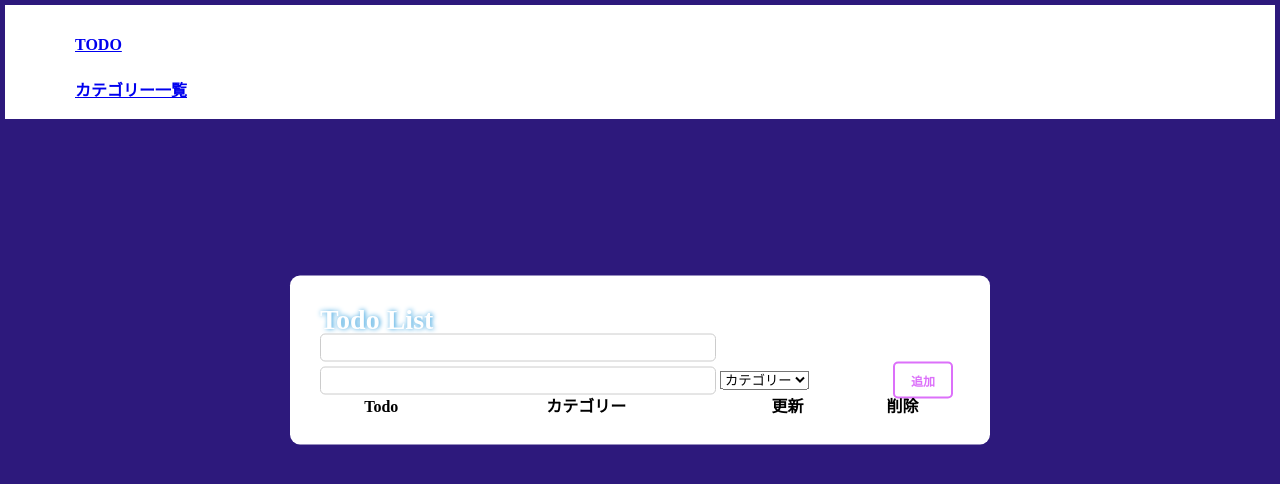
Repository: azuma2/cate
Page: http://localhost/
An editor plug-in stored every save of this project. The page is shown before and after the next save, followed by the edit.
The browser window is 1280 px wide. The pictures show the whole page.
The page is served by the project's Laravel application, run on PHP 8.4 with Laravel 8. Other server files are loaded and not shown. Queries for data that is not in the repository find no rows.

Above is the page before, as saved 2022-05-17 19:24:14.

### routes/web.php
<?php

use Illuminate\Support\Facades\Route;
use App\Http\Controllers\TodoController;
use App\Http\Controllers\CateController;


Route::get('/', [TodoController::class, 'index']);

Route::get('/cate', [CateController::class, 'index']);

Route::post('/todo/create', [TodoController::class, 'create']);
Route::post('/todo/update', [TodoController::class, 'update']);
Route::post('/todo/delete', [TodoController::class, 'remove']);
Route::post('/todo/search', [TodoController::class, 'search']);
Route::post('/cate/create', [CateController::class, 'create']);
Route::post('/cate/update', [CateController::class, 'update']);
Route::post('/cate/delete', [CateController::class, 'remove']);
Route::post('/cate/search', [CateController::class, 'search']);

### app/Http/Controllers/TodoController.php
<?php

namespace App\Http\Controllers;

use App\Models\Todo;
use App\Models\Cate;
use Illuminate\Http\Request;
use Illuminate\Support\Facades\DB;

class TodoController extends Controller
{
    public function index()
    {
        $items = Todo::all();
        $cates = Cate::all();
        return view('index', ['items' => $items, 'cates' => $cates]);
    }


    public function create(Request $request)
    {
        $param = ['content' => $request->content,];
        $this->validate($request, Todo::$rules);

        $param2 = ['content' => $request->content,];
        $this->validate($request, Cate::$rules);


        DB::insert('insert into todos (content) values (:content)', $param);
        DB::insert('insert into cates (content) values (:content)', $param2);
        return redirect('/');
    }

    public function update(Request $request)
    {
         $param = [
            'id' => $request->id,
            'content' => $request->content,

        ];
        $this->validate($request, Todo::$rules);
        DB::update('update todos set content =:content where id =:id', $param);
        return redirect('/');
    }

    public function remove(Request $request)
    {
        $param = ['id' => $request->id];
        DB::delete('delete from todos where id =:id', $param);
        return redirect('/');
    }



}

### app/Models/todo.php
<?php


namespace App\Models;

use Illuminate\Database\Eloquent\Factories\HasFactory;
use Illuminate\Database\Eloquent\Model;
use App\Models\Cate;

class Todo extends Model
{
    use HasFactory;

    protected $fillable = ['cate_id', 'content'];

    public static $rules = array(
        'cate_id' => 'required|text',
        'content' => 'required|max:20',
    );

    public function cate(){
        return $this->belongsTo('App\Models\cate');
    }


}

### app/Models/cate.php
<?php


namespace App\Models;

use Illuminate\Database\Eloquent\Factories\HasFactory;
use Illuminate\Database\Eloquent\Model;
use App\Models\Todo;

class Cate extends Model
{
    use HasFactory;

    protected $fillable = ['content'];

    public static $rules = array(
        'content' => 'required|max:10',
    );

    public function todo(){
        return $this->belongsTo('App\Models\todo');
    }


}

### resources/views/index.blade.php
<!DOCTYPE html>
<html lang="ja">
<head>
    <meta charset="UTF-8">
    <meta http-equiv="X-UA-Compatible" content="IE=edge">
    <meta name="viewport" content="width=device-width, initial-scale=1.0">
    <link rel="stylesheet" href="{{ asset('/reset.css') }}" >
    <title>@yield('title')</title>
    <style>
    body {
      font-size:16px;
      margin: 5px;
      background-color: #2d197c;
    }


header{
  padding-right:50px;
  padding-left:50px;
  padding-top:20px;
  left: 0;
  top: 0;
  background: #fff;
  display: flex;
}
.head {
  justify-content: space-between;
  display: flex;
  font-weight: bolder;
  position: sticky;
  bottom: 0;
}

.head1{
  padding: 10px;
  margin: 10px;
}

.head2{
  padding: 10px;
  margin: 10px;
}

ul{
  list-style: none;
  margin-top: -8px;
}

    td {
      padding: 5px 10px;
      text-align: center;
    }

    .narabe{
      display:flex;
      flex-flow: column;
    }

    .button {
    text-align: left;
    border: 2px solid #dc70fa;
    font-size: 12px;
    color: #dc70fa;
    background-color: #fff;
    font-weight: bold;
    padding: 8px 16px;
    border-radius: 5px;
    cursor: pointer;
    transition: 0.4s;
    outline: none;
}
.input-add {
    width: 60%;
    padding: 5px;
    border-radius: 5px;
    border: 1px solid #ccc;
    appearance: none;
    font-size: 14px;
    outline: none;
}
.input-update {
    width: 90%;
    padding: 5px;
    border-radius: 5px;
    border: 1px solid #ccc;
    appearance: none;
    font-size: 14px;
    outline: none;
}
    .card {
    background-color: #fff;
    width: 50vw;
    padding: 30px;
    position: absolute;
    top: 50%;
    left: 50%;
    transform: translate(-50%, -50%);
    border-radius: 10px;
}
    h2 {
      font-size:28px;
      color:white;
      text-shadow:1px 0 5px #289ADC;
      margin-left: 1px;
      margin: 0;
    }
    .content {
      margin:10px;
    }
.pulu{

}
    .button2 {
    text-align: left;
    border: 2px solid #dc70fa;
    font-size: 12px;
    color: #dc70fa;
    background-color: #fff;
    font-weight: bold;
    padding: 8px 16px;
    border-radius: 5px;
    cursor: pointer;
    transition: 0.4s;
    outline: none;
    margin-left:80px;
}
    </style>
  </head>
  <body>
  <header>
    <div class="head">
      <ul class="head0">
        <li class="head1"><a href="{{ url('/') }}">TODO</a></li>
        <li class="head2"><a href="{{ url('/cate') }}">カテゴリー一覧</a></li>
      </ul>
    </div>
  </header>
  <div class="container">
    <div class="card">
      <h2 class="title">Todo List</h2>
            <div class="todo">
              @if ($errors->has('content'))
                  <tr>
                    <th>TODOが入力されておりません</th>
                  </tr><br>
              @endif
              @if ($errors->has('cate_id'))
                  <tr>
                    <th>カテゴリーが選択されておりません</th>
                  </tr>
              @endif




        <form action="/todo/create" method="post">
            @csrf
          <input type="text" class="input-add" name="content">
          <input type="text" class="input-add" name="cate_id">
                    <!--  カテゴリープルダウン -->
        <select class="pulu" id="cate_id" name="cate_id" >
          <option value="0">カテゴリー</option>
            @foreach ($cates as $item)
                <option value="{{ $item->id }}">{{ $item->content }}</option>
            @endforeach
        </select>
          <input class="button2" type="submit" value="追加" />
        </form>
          <div class="narabe">
        <table>
            @csrf
          <tr>
            <th>Todo</th>
            <th>カテゴリー</th>
            <th>更新</th>
            <th>削除</th>
          </tr>

                    <tr>
            @foreach ($items as $item)

            <td>

            </td>

            <form action="/todo/update" method="post">
              @csrf
              <td>
                <input type="text" class="input-update" value="{{$item->content}}" name="content" />
              </td>
              <td>
                <input type="hidden"  name="id" value="{{$item->id}}">
                <input class="button" type="submit" value="更新" >
              </td>
            </form>
            <td>
              <form action="/todo/delete" method="post" >
                    @csrf
                <input  type="hidden" name="id" value="{{$item->id}}" >
                <input class="button" type="submit" value="削除" >
              </form>
            </td>
            </div>
          </tr>
          @endforeach
        </table>
      </div>
    </div>
  </div>
  </div>

</body>
</html>

### public/reset.css
/*
html5doctor.com Reset Stylesheet
v1.6.1
Last Updated: 2010-09-17
Todo: Richard Clark - http://richclarkdesign.com
Twitter: @rich_clark
*/

html, body, div, span, object, iframe,
h1, h2, h3, h4, h5, h6, p, blockquote, pre,
abbr, address, cite, code,
del, dfn, em, img, ins, kbd, q, samp,
small, strong, sub, sup, var,
b, i,
dl, dt, dd, ol, ul, li,
fieldset, form, label, legend,
table, caption, tbody, tfoot, thead, tr, th, td,
article, aside, canvas, details, figcaption, figure,
footer, header, hgroup, menu, nav, section, summary,
time, mark, audio, video {
    margin:0;
    padding:0;
    border:0;
    outline:0;
    font-size:100%;
    vertical-align:baseline;
    background:transparent;
}

body {
    line-height:1;
}

article,aside,details,figcaption,figure,
footer,header,hgroup,menu,nav,section {
    display:block;
}

nav ul {
    list-style:none;
}

blockquote, q {
    quotes:none;
}

blockquote:before, blockquote:after,
q:before, q:after {
    content:'';
    content:none;
}

a {
    margin:0;
    padding:0;
    font-size:100%;
    vertical-align:baseline;
    background:transparent;
}

/* change colours to suit your needs */
ins {
    background-color:#ff9;
    color:#000;
    text-decoration:none;
}

/* change colours to suit your needs */
mark {
    background-color:#ff9;
    color:#000;
    font-style:italic;
    font-weight:bold;
}

del {
    text-decoration: line-through;
}

abbr[title], dfn[title] {
    border-bottom:1px dotted;
    cursor:help;
}

table {
    border-collapse:collapse;
    border-spacing:0;
}

/* change border colour to suit your needs */
hr {
    display:block;
    height:1px;
    border:0;
    border-top:1px solid #cccccc;
    margin:1em 0;
    padding:0;
}

input, select {
    vertical-align:middle;
}

Loaded but not shown: app/Http/Controllers/Controller.php (common file)

After the next save:
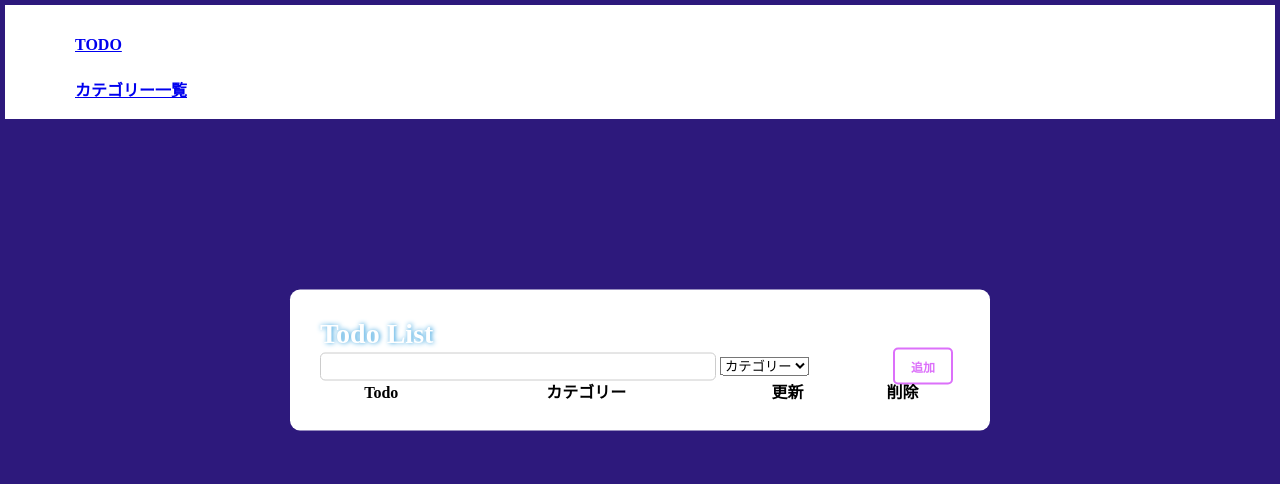
Saved 53 s later.
--- a/resources/views/index.blade.php
+++ b/resources/views/index.blade.php
@@ -156,7 +156,6 @@ ul{
         <form action="/todo/create" method="post">
             @csrf
           <input type="text" class="input-add" name="content">
-          <input type="text" class="input-add" name="cate_id">
                     <!--  カテゴリープルダウン -->
         <select class="pulu" id="cate_id" name="cate_id" >
           <option value="0">カテゴリー</option>
